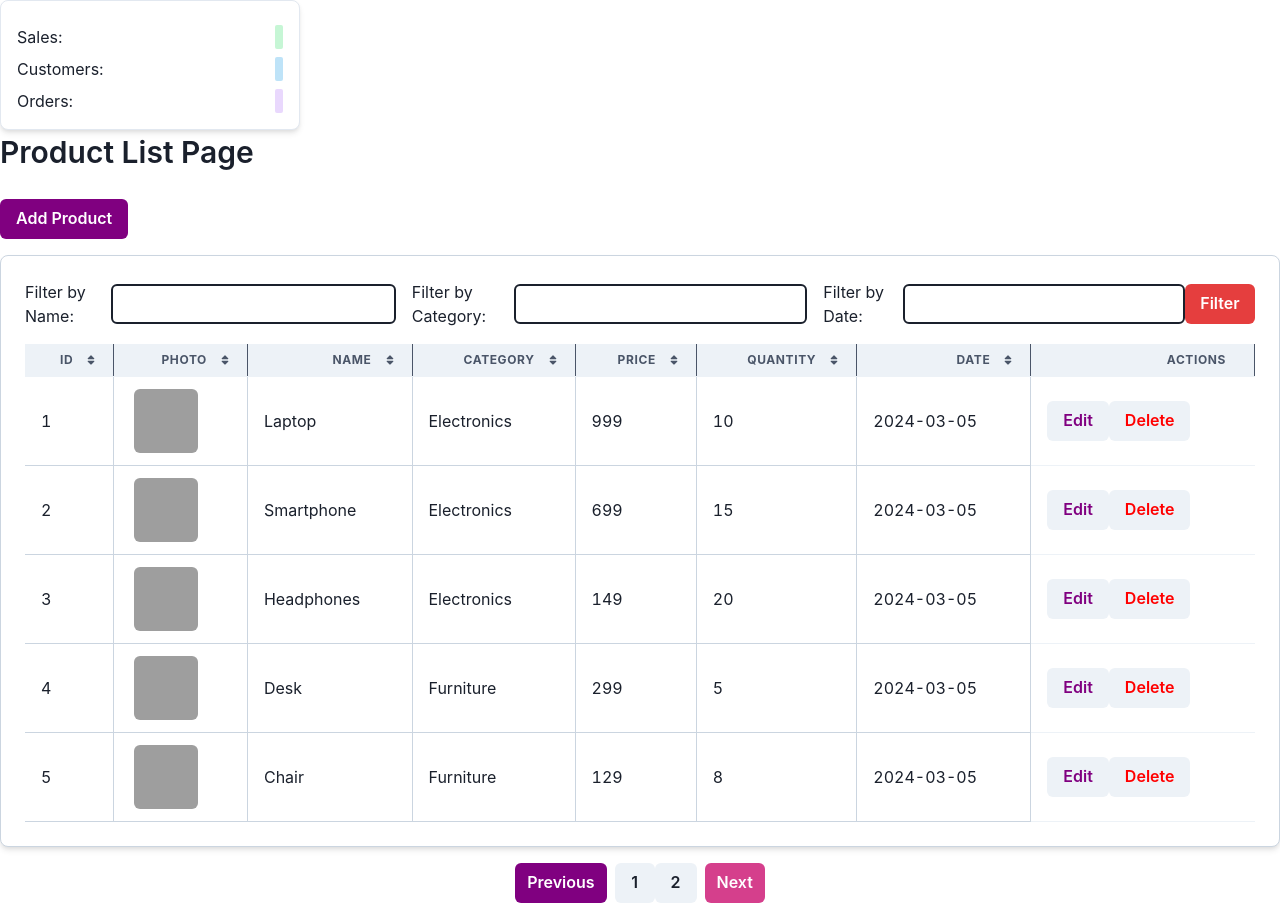
Repository: Andarg01/chakra-dashboard
Page: /
The author's editor kept a copy of each file at every save. The page is drawn from the files as they stood at one save, then again after the next save.
The browser window is 1280 px wide. The pictures show the whole page.
Pictures or frames that could not be fetched are drawn as grey boxes. The project was rebuilt for these pictures with package versions that can differ from the ones it lists, and the page was loaded fresh each time. Also part of the build but not shown: src/ProductModal.tsx.

Above is the page before, as saved 2024-03-05 23:55:30.

### src/index.tsx
import React from 'react';
import ReactDOM from 'react-dom/client';
import './index.css';
import App from './App';

import { ChakraProvider } from '@chakra-ui/react';


const root = ReactDOM.createRoot(
  document.getElementById('root') as HTMLElement
);
root.render(

  <React.StrictMode>
  <ChakraProvider>
    <App />
    </ChakraProvider>
  </React.StrictMode>

);

### src/App.tsx
import React from 'react'
import PermissionPage from './PermissionPage'
import ProductList from './ProductList'
import ShopDashboardCard from './pages/ShopDashboardCard'


const App = () => {
  return (
    <div>
      {/* <PermissionPage/> */}
      <ShopDashboardCard/>
      <ProductList/>

    </div>
  )
}

export default App

### src/ProductList.tsx
import React, { useState, useEffect } from 'react';
import ProductTable from './ProductTable';
import ProductModal from './ProductModal';
import { FaSort, FaSortUp, FaSortDown } from 'react-icons/fa';
import { Box, Button, Flex, Text } from '@chakra-ui/react';

interface Product {
  id: string;
  name: string;
  category: string;
  price: number;
  quantity: number;
  date: string;
  photo: string;
}

const ProductList: React.FC = () => {
  const [products, setProducts] = useState<Product[]>([

      {
        "id": "1",
        "name": "Laptop",
        "category": "Electronics",
        "price": 999,
        "quantity": 10,
        "date": "2024-03-05",
        "photo": "laptop.jpg"
      },
      {
        "id": "2",
        "name": "Smartphone",
        "category": "Electronics",
        "price": 699,
        "quantity": 15,
        "date": "2024-03-05",
        "photo": "smartphone.jpg"
      },
      {
        "id": "3",
        "name": "Headphones",
        "category": "Electronics",
        "price": 149,
        "quantity": 20,
        "date": "2024-03-05",
        "photo": "headphones.jpg"
      },
      {
        "id": "4",
        "name": "Desk",
        "category": "Furniture",
        "price": 299,
        "quantity": 5,
        "date": "2024-03-05",
        "photo": "desk.jpg"
      },
      {
        "id": "5",
        "name": "Chair",
        "category": "Furniture",
        "price": 129,
        "quantity": 8,
        "date": "2024-03-05",
        "photo": "chair.jpg"
      },
      {
        "id": "6",
        "name": "Bookshelf",
        "category": "Furniture",
        "price": 199,
        "quantity": 3,
        "date": "2024-03-05",
        "photo": "bookshelf.jpg"
      },
      {
        "id": "7",
        "name": "T-shirt",
        "category": "Clothing",
        "price": 19,
        "quantity": 30,
        "date": "2024-03-05",
        "photo": "tshirt.jpg"
      },
      {
        "id": "8",
        "name": "Jeans",
        "category": "Clothing",
        "price": 49,
        "quantity": 25,
        "date": "2024-03-05",
        "photo": "jeans.jpg"
      },
      {
        "id": "9",
        "name": "Sneakers",
        "category": "Footwear",
        "price": 79,
        "quantity": 12,
        "date": "2024-03-05",
        "photo": "sneakers.jpg"
      },
      {
        "id": "10",
        "name": "Watch",
        "category": "Accessories",
        "price": 129,
        "quantity": 18,
        "date": "2024-03-05",
        "photo": "watch.jpg"
      }


  ]);

  const [deleteConfirmation, setDeleteConfirmation] = useState<string | null>(null);
  const [modalOpen, setModalOpen] = useState(false);
  const [selectedProduct, setSelectedProduct] = useState<Product | null>(null);
  const [sortedProducts, setSortedProducts] = useState<Product[]>(products);
  const [filter, setFilter] = useState({ name: '', category: '', date: '' });
  const [sortConfig, setSortConfig] = useState<{ key: keyof Product; direction: string } | null>(null);
  const [currentPage, setCurrentPage] = useState(1);
  const itemsPerPage = 5;

  useEffect(() => {
    const filtered = products.filter(
      (product) =>
        product.name.toLowerCase().includes(filter.name.toLowerCase()) &&
        product.category.toLowerCase().includes(filter.category.toLowerCase()) &&
        product.date.includes(filter.date)
    );
    setSortedProducts(filtered);
    setCurrentPage(1);
  }, [products, filter]);

  const handlePreviousPage = () => {
    if (currentPage > 1) {
      setCurrentPage(currentPage - 1);
    }
  };

  const handleNextPage = () => {
    const totalPages = Math.ceil(sortedProducts.length / itemsPerPage);
    if (currentPage < totalPages) {
      setCurrentPage(currentPage + 1);
    }
  };

  const handlePageChange = (newPage: number) => {
    setCurrentPage(newPage);
  };

  const handleSort = (field: keyof Product) => {
    let direction = 'asc';

    if (sortConfig && sortConfig.key === field && sortConfig.direction === 'asc') {
      direction = 'desc';
    }

    setSortConfig({ key: field, direction });
    const sorted = [...products].sort((a, b) => {
      if (a[field] > b[field]) return direction === 'asc' ? 1 : -1;
      if (a[field] < b[field]) return direction === 'asc' ? -1 : 1;
      return 0;
    });

    setSortedProducts(sorted);
  };

  const getSortIcon = (field: keyof Product) => {
    if (!sortConfig || sortConfig.key !== field) {
      return <FaSort />;
    }

    return sortConfig.direction === 'asc' ? <FaSortUp /> : <FaSortDown />;
  };

  const handleFilter = () => {
    const filtered = products.filter(
      (product) =>
        product.name.toLowerCase().includes(filter.name.toLowerCase()) &&
        product.category.toLowerCase().includes(filter.category.toLowerCase()) &&
        product.date.includes(filter.date)
    );
    setSortedProducts(filtered);
    setCurrentPage(1);
  };

  const handleDelete = (id: string) => {
    setDeleteConfirmation(id);
  };

  const handleEdit = (editedProduct: Product) => {
    const updatedProducts = products.map((product) =>
      product.id === editedProduct.id ? editedProduct : product
    );
    setProducts(updatedProducts);
  };

  const handleAdd = (newProduct: Product) => {
    const id = (products.length + 1).toString();
    const updatedProducts = [...products, { ...newProduct, id }];
    setProducts(updatedProducts);
  };

  const startIndex = (currentPage - 1) * itemsPerPage;
  const endIndex = startIndex + itemsPerPage;
  const currentItems = sortedProducts.slice(startIndex, endIndex);
  const totalPages = Math.ceil(sortedProducts.length / itemsPerPage);

  return (
    <Box className="container mx-auto p-6 block">
      <Text fontSize="3xl" fontWeight="semibold" mb="6">
        Product List Page
      </Text>

      <Button
        onClick={() => {
          setSelectedProduct({
            id: (products.length + 1).toString(),
            name: '',
            category: '',
            price: 0,
            quantity: 0,
            date: '',
            photo: '',
          });
          setModalOpen(true);
        }}
        bgColor="purple"
        color="white"
        rounded="md"
        px="4"
        py="2"
        mb="4"
        _hover={{ m: '2' }}
      >
        Add Product
      </Button>

      <ProductTable
        products={currentItems}
        onDelete={handleDelete}
        onEdit={handleEdit}
        currentPage={currentPage}
        totalPages={totalPages}
        onPreviousPage={handlePreviousPage}
        onNextPage={handleNextPage}
        onSort={handleSort}
        getSortIcon={getSortIcon}
        onFilter={handleFilter}
      />

      <Flex justify="center" align="center" mt="4">
        <Button
          onClick={handlePreviousPage}
          disabled={currentPage === 1}
          bgColor="purple"
          color="white"
          px="3"
          py="1"
          rounded="md"
          mr="2"
          _hover={{ m: '2' }}
        >
          Previous
        </Button>
        {Array.from({ length: totalPages }, (_, index) => (
          <Button
            key={index}
            onClick={() => handlePageChange(index + 1)}
            className={`px-3 py-2 mx-1 rounded-md ${
              currentPage === index + 1 ? 'bg-gray-500 text-white' : 'bg-gray-200'
            }`}
          >
            {index + 1}
          </Button>
        ))}
        <Button
          onClick={handleNextPage}
          disabled={currentPage === totalPages}
          bgColor="pink.500"
          color="white"
          px="3"
          py="1"
          rounded="md"
          ml="2"
          _hover={{ m: '2' }}
        >
          Next
        </Button>
      </Flex>

      {deleteConfirmation && (
  <Box
    className="fixed top-0 left-0 w-full h-full bg-gray-800 bg-opacity-75 flex items-center justify-center"
  >
    <Box className="bg-white p-6 rounded-md w-96">
      <Text>{`Are you sure you want to delete product with ID: ${deleteConfirmation}?`}</Text>
      <Button
        onClick={() => {
          const updatedProducts = products.filter(
            (product) => product.id !== deleteConfirmation
          );
          setProducts(updatedProducts);
          setDeleteConfirmation(null);
        }}
        className="yes px-4 py-2 rounded-md mr-2 bg-pink-500 hover:bg-red-700"
        colorScheme='purple'
      >
        Yes
      </Button>
      <Button
        onClick={() => setDeleteConfirmation(null)} colorScheme='pink'
        className="cancel px-4 py-2 rounded-md hover:bg-gray-400 "
      >
        Cancel
      </Button>
    </Box>
  </Box>
)}



      {modalOpen && (
        <ProductModal
          product={selectedProduct}
          onClose={() => {
            setModalOpen(false);
            setSelectedProduct(null);
          }}
          onSave={(editedProduct) => {
            if (selectedProduct) {
              handleEdit(editedProduct);
            } else {
              handleAdd(editedProduct);
            }
            setModalOpen(false);
            setSelectedProduct(null);
          }}
        />
      )}
    </Box>
  );
};

export default ProductList;

### src/pages/ShopDashboardCard.tsx
import React from 'react';
import { Box, Text, Flex, Badge } from '@chakra-ui/react';

interface ShopDashboardCardProps {
  shopName: string;
  sales: number;
  customers: number;
  orders: number;
}

const ShopDashboardCard: React.FC<ShopDashboardCardProps> = ({ shopName, sales, customers, orders }) => {
  return (
    <Box borderWidth="1px" borderRadius="lg" p="4" bg="white" boxShadow="md" w="300px">
      <Text fontSize="xl" fontWeight="bold" mb="2">{shopName}</Text>
      <Flex justifyContent="space-between" mb="2">
        <Text>Sales:</Text>
        <Badge colorScheme="green">{sales}</Badge>
      </Flex>
      <Flex justifyContent="space-between" mb="2">
        <Text>Customers:</Text>
        <Badge colorScheme="blue">{customers}</Badge>
      </Flex>
      <Flex justifyContent="space-between">
        <Text>Orders:</Text>
        <Badge colorScheme="purple">{orders}</Badge>
      </Flex>
    </Box>
  );
};

export default ShopDashboardCard;

### src/ProductTable.tsx
import React, { useState, useEffect } from 'react';
import ProductModal from './ProductModal';
import { Table, Thead, Tbody, Tr, Th, Td, Image, Input, Button, Box } from '@chakra-ui/react';

interface Product {
  id: string;
  name: string;
  category: string;
  price: number;
  quantity: number;
  date: string;
  photo: string;
}

interface ProductTableProps {
  products: Product[];
  onDelete: (id: string) => void;
  onEdit: (product: Product) => void;
  currentPage: number;
  totalPages: number;
  onPreviousPage: () => void;
  onNextPage: () => void;
  onSort: (field: keyof Product) => void;
  getSortIcon: (field: keyof Product) => React.ReactNode;
  onFilter: () => void;
}

const ProductTable: React.FC<ProductTableProps> = ({
  products,
  onDelete,
  onEdit,
  currentPage,
  totalPages,
  onPreviousPage,
  onNextPage,
  onSort,
  getSortIcon,
  onFilter,
}) => {
  const [modalOpen, setModalOpen] = useState(false);
  const [selectedProduct, setSelectedProduct] = useState<Product | null>(null);
  const [sortedProducts, setSortedProducts] = useState<Product[]>(products);
  const [filter, setFilter] = useState({ name: '', category: '', date: '' });

  useEffect(() => {
    const filtered = products.filter(
      (product) =>
        product.name.toLowerCase().includes(filter.name.toLowerCase()) &&
        product.category.toLowerCase().includes(filter.category.toLowerCase()) &&
        product.date.includes(filter.date)
    );
    setSortedProducts(filtered);
  }, [products, filter]);

  const handleEdit = (product: Product) => {
    setSelectedProduct(product);
    setModalOpen(true);
  };

  const handleSort = (field: keyof Product) => {
    onSort(field);
  };

  const handleFilter = () => {
    onFilter();
  };

  const renderPageNumbers = () => {
    return Array.from({ length: totalPages }, (_, index) => (
      <Button
        key={index + 1}
        onClick={() => onPreviousPage(index + 1)}
        mx={2}
        px={3}
        py={1}
        rounded="md"
        bgColor={index + 1 === currentPage ? 'purple' : 'purple.200'}
        color={index + 1 === currentPage ? 'white' : 'gray.700'}
        _hover={{
          bgColor: 'red.700',
        }}
      >
        {index + 1}
      </Button>
    ));
  };

  return (
    <Box
      overflowX="auto"
      bg="white"
      border="1px"
      borderColor="gray.300"
      p={6}
      rounded="lg"
      shadow="md"
      transition="duration: 500ms ease-in-out"
    >
      <Box mb={4} display="flex" justifyContent="space-between" alignItems="center">
        <Box display="flex" alignItems="center">
          <label htmlFor="name" className="mr-2">
            Filter by Name:
          </label>
          <Input
            type="text"
            value={filter.name}
            onChange={(e) => setFilter({ ...filter, name: e.target.value })}
            border="2px"
            p={2}
            rounded="md"
          />
        </Box>
        <Box display="flex" alignItems="center" ml={4}>
          <label htmlFor="category" className="mr-2">
            Filter by Category:
          </label>
          <Input
            type="text"
            value={filter.category}
            onChange={(e) => setFilter({ ...filter, category: e.target.value })}
            border="2px"
            p={2}
            rounded="md"
          />
        </Box>
        <Box display="flex" alignItems="center" ml={4}>
          <label htmlFor="date" className="mr-2">
            Filter by Date:
          </label>
          <Input
            type="text"
            value={filter.date}
            onChange={(e) => setFilter({ ...filter, date: e.target.value })}
            border="2px"
            p={2}
            rounded="md"
          />
        </Box>
        <Button onClick={handleFilter} className="filter px-4 py-2 ml-4 rounded-md hover:m-2 border hover:bg-red-700" colorScheme="red">
          Filter
        </Button>
      </Box>

      <Table variant="simple" className="min-w-full border-b border-gray-300">
        <Thead bg="gray.100">
          <Tr>
            {['id', 'Photo', 'Name', 'Category', 'Price', 'Quantity', 'Date', 'Actions'].map((column) => (
              <Th
                key={column}
                onClick={() => (column !== 'Actions' ? handleSort(column.toLowerCase() as keyof Product) : null)}
                py={2}
                px={4}
                borderRight="1px"
                cursor="pointer"
              >
                <Box display="flex" alignItems="center" justifyContent="flex-end">
                  <Box
                    onClick={() => (column !== 'Actions' ? handleSort(column.toLowerCase() as keyof Product) : null)}
                    mr={3}
                    cursor="pointer"
                  >
                    {column}
                  </Box>
                  {column !== 'Actions' && getSortIcon(column.toLowerCase() as keyof Product)}
                </Box>
              </Th>
            ))}
          </Tr>
        </Thead>
        <Tbody>
          {sortedProducts.map((product) => (
            <Tr key={product.id} borderBottom="1px">
              <Td py={2} px={4} borderRight="1px" borderColor="gray.300" fontWeight="normal">
                {product.id}
              </Td>
              <Td py={2} px={4} borderRight="1px" borderColor="gray.300" fontWeight="normal">
                <Image src={product.photo} alt={`Product ${product.name}`} w={16} h={16} rounded="md" m={1} />
              </Td>
              <Td py={2} px={4} borderRight="1px" borderColor="gray.300" fontWeight="normal">
                {product.name}
              </Td>
              <Td py={2} px={4} borderRight="1px" borderColor="gray.300" fontWeight="normal">
                {product.category}
              </Td>
              <Td py={2} px={4} borderRight="1px" borderColor="gray.300" fontWeight="normal">
                {product.price}
              </Td>
              <Td py={2} px={4} borderRight="1px" borderColor="gray.300" fontWeight="normal">
                {product.quantity}
              </Td>
              <Td py={2} px={4} borderRight="1px" borderColor="gray.300" fontWeight="normal">
                {product.date}
              </Td>
              <Td py={2} px={4} fontWeight="normal">
                <Button onClick={() => handleEdit(product)}  color='purple' className="edit  hover:underline mr-2 hover:text-purple-700">
                  Edit
                </Button>
                <Button onClick={() => onDelete(product.id)} color='red' className="delete text-red-800 hover:underline hover:text-red-700">
                  Delete
                </Button>
              </Td>
            </Tr>
          ))}
        </Tbody>
      </Table>

      {modalOpen && (
        <ProductModal
          product={selectedProduct}
          onClose={() => {
            setModalOpen(false);
            setSelectedProduct(null);
          }}
          onSave={(editedProduct) => {
            onEdit(editedProduct);
            setModalOpen(false);
            setSelectedProduct(null);
          }}
        />
      )}
    </Box>
  );
};

export default ProductTable;










// // ProductTable.tsx
// import React from 'react';
// import { FaTrash, FaEdit } from 'react-icons/fa';
// import { Table, Thead, Tbody, Tr, Th, Td, IconButton, Tooltip } from '@chakra-ui/react';

// interface ProductTableProps {
//   products: Product[];
//   onDelete: (id: string, position: { top: number; left: number }) => void;
//   onEdit: (product: Product) => void;
//   currentPage: number;
//   totalPages: number;
//   onPreviousPage: () => void;
//   onNextPage: () => void;
//   onSort: (field: keyof Product) => void;
//   getSortIcon: (field: keyof Product) => JSX.Element;
//   onFilter: () => void;
// }

// const ProductTable: React.FC<ProductTableProps> = ({
//   products,
//   onDelete,
//   onEdit,
//   currentPage,
//   totalPages,
//   onPreviousPage,
//   onNextPage,
//   onSort,
//   getSortIcon,
//   onFilter,
// }) => {
//   return (
//     <div>
//       <Table variant="simple" mt="4" id="product-table">
//         <Thead>
//           <Tr>
//             <Th>
//               <Tooltip label="Sort by ID" placement="top">
//                 <IconButton
//                   aria-label="Sort by ID"
//                   icon={getSortIcon('id')}
//                   onClick={() => onSort('id')}
//                 />
//               </Tooltip>
//             </Th>
//             <Th>
//               <Tooltip label="Sort by Name" placement="top">
//                 <IconButton
//                   aria-label="Sort by Name"
//                   icon={getSortIcon('name')}
//                   onClick={() => onSort('name')}
//                 />
//               </Tooltip>
//             </Th>
//             <Th>
//               <Tooltip label="Sort by Category" placement="top">
//                 <IconButton
//                   aria-label="Sort by Category"
//                   icon={getSortIcon('category')}
//                   onClick={() => onSort('category')}
//                 />
//               </Tooltip>
//             </Th>
//             <Th>
//               <Tooltip label="Sort by Price" placement="top">
//                 <IconButton
//                   aria-label="Sort by Price"
//                   icon={getSortIcon('price')}
//                   onClick={() => onSort('price')}
//                 />
//               </Tooltip>
//             </Th>
//             <Th>Action</Th>
//           </Tr>
//         </Thead>
//         <Tbody>
//           {products.map((product) => (
//             <Tr key={product.id}>
//               <Td>{product.id}</Td>
//               <Td>{product.name}</Td>
//               <Td>{product.category}</Td>
//               <Td>{product.price}</Td>
//               <Td>
//                 <IconButton
//                   aria-label="Delete"
//                   icon={<FaTrash />}
//                   onClick={() => {
//                     const tableElement = document.getElementById('product-table');
//                     if (tableElement) {
//                       const rect = tableElement.getBoundingClientRect();
//                       onDelete(product.id, {
//                         top: rect.top + window.scrollY + tableElement.clientHeight / 2,
//                         left: rect.left + window.scrollX + tableElement.clientWidth / 2,
//                       });
//                     }
//                   }}
//                   colorScheme="red"
//                   mr="2"
//                 />
//                 <IconButton
//                   aria-label="Edit"
//                   icon={<FaEdit />}
//                   onClick={() => onEdit(product)}
//                   colorScheme="blue"
//                 />
//               </Td>
//             </Tr>
//           ))}
//         </Tbody>
//       </Table>
//     </div>
//   );
// };

// export default ProductTable;

Loaded but not shown: public/index.html (common file); src/index.css (common file)

After the next save:
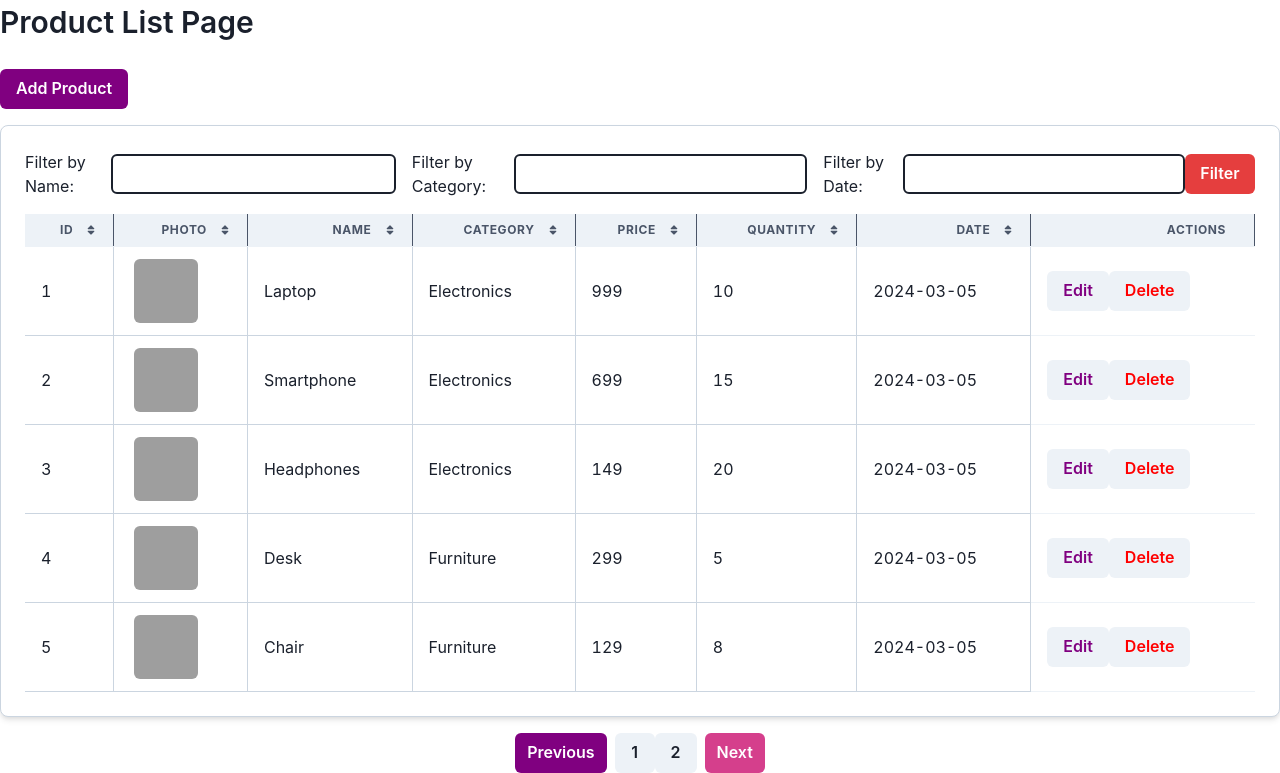
Saved 38 min 55 s later.
--- a/src/App.tsx
+++ b/src/App.tsx
@@ -1,14 +1,14 @@
 import React from 'react'
-import PermissionPage from './PermissionPage'
+// import PermissionPage from './PermissionPage'
 import ProductList from './ProductList'
-import ShopDashboardCard from './pages/ShopDashboardCard'
+
 
 
 const App = () => {
   return (
     <div>
       {/* <PermissionPage/> */}
-      <ShopDashboardCard/>
+
       <ProductList/>
 
     </div>
